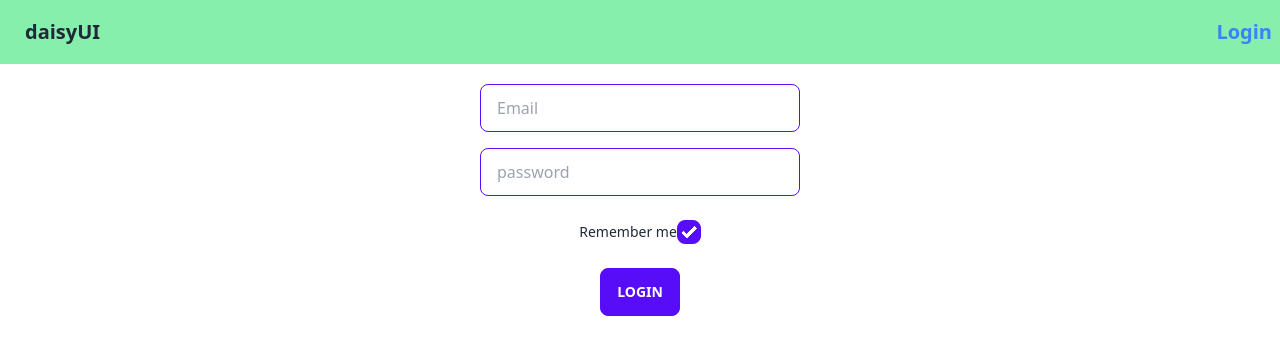
Repository: mohamedk98/Sparrow
Page: /login (app in client/)
An editor plug-in stored every save of this project. The page is shown before and after the next save, followed by the edit.
The browser window is 1280 px wide. The pictures show the whole page.
The project was rebuilt for these pictures with package versions that can differ from the ones it lists, and the page was loaded fresh each time. Also part of the build but not shown: client/src/App.css, client/src/pages/Home.js, client/src/pages/Profile.js.

Above is the page before, as saved 2022-06-27 16:45:14.

### client/src/index.js
import React from "react";
import ReactDOM from "react-dom/client";
import "./index.css";
import App from "./App";
import { Provider } from "react-redux";
import { store } from "./store/store";
const root = ReactDOM.createRoot(document.getElementById("root"));
root.render(
  <Provider store={store}>
    <App />
  </Provider>
);

### client/src/App.js
import React,{useEffect} from "react";
import "./App.css";
import { BrowserRouter, Routes, Route } from "react-router-dom";
import Home from "./pages/Home";
import Login from "./pages/Login";
import Profile from "./pages/Profile";
import Header from "./components/Header";
import {useDispatch} from "react-redux"
import { autoLogin } from "./store/slicers/user";
function App() {
  const dispatch = useDispatch()

  useEffect(()=>{
    dispatch(autoLogin())
  })
  return (
    <BrowserRouter>
      <Header/>
      <Routes>
        <Route path="/" element={<Home />} />
        <Route path="/login" element={<Login />} />
        <Route path="/profile" element={<Profile/>} />
      </Routes>
    </BrowserRouter>
  );
}

export default App;

### client/src/store/store.js
import { configureStore } from '@reduxjs/toolkit'
import userReducer from "./slicers/user"
export const store = configureStore({
  reducer: {user:userReducer},
})

### client/src/pages/Login.js
import React, { useState } from "react";
import { useFormik } from "formik";
import axios from "axios";
import { useNavigate } from "react-router-dom";
import { useDispatch } from "react-redux";
import { addAuth } from "../store/slicers/user";
import axiosInstance from "../network/axiosInstance";
const Login = () => {
  const navigate = useNavigate();
  //Server Errors state
  const [formError, setFormError] = useState("");
  const dispatch = useDispatch();

  const formik = useFormik({
    initialValues: {
      email: "",
      password: "",
    },
    onSubmit: (values) => {
      //Reset error state on submitting
      setFormError("");
      axiosInstance
        .post("/login", {
          email: values.email,
          password: values.password,
        })
        .then((response) => {
          dispatch(addAuth(response.data));
          navigate("/profile"); // Navigate to home after submission
        })
        .catch((error) => {
          //Get error message from the API and add it to the state
          setFormError(error.response.data.message);
        });
    },
  });
  return (
    <form
      onSubmit={formik.handleSubmit}
      className="flex flex-col space-y-4 mx-auto items-center justify-center mt-5"
    >
      <input
        type="email"
        placeholder="Email"
        id="email"
        name="email"
        className="input input-bordered input-primary w-full max-w-xs"
        {...formik.getFieldProps("email")}
      />

      <input
        type="password"
        placeholder="password"
        id="password"
        name="password"
        className="input input-bordered input-primary w-full max-w-xs"
        {...formik.getFieldProps("password")}
      />
      <div className="form-control  ">
        <label className="label cursor-pointer">
          <span className="label-text">Remember me</span>
          <input
            type="checkbox"
            checked="checked"
            className="checkbox checkbox-primary"
          />
        </label>
      </div>
      {formError && <div className="text-red-500">{formError}</div>}

      <button type="submit" className="btn btn-primary">
        Login
      </button>
    </form>
  );
};

export default Login;

### client/src/components/Header.js
import axios from "axios";
import React from "react";
import { useDispatch, useSelector } from "react-redux";
import { Link, useNavigate } from "react-router-dom";
import axiosInstance from "../network/axiosInstance";
import { removeAuth } from "../store/slicers/user";

function Header() {
  const authState = useSelector((state) => state.user.auth);
  const dispatch = useDispatch();
  const navigate = useNavigate();
  const logoutHandler = () => {
    dispatch(removeAuth());
    axiosInstance.get("/logout").then(() => {
      navigate("/");
    });
  };
  return (
    <div className="navbar bg-green-300">
      <div className="flex-1">
        <Link className="btn btn-ghost normal-case text-xl" to={"/"}>
          daisyUI
        </Link>
      </div>
      <div className="flex-none gap-2">
        <div className="form-control">
          <Link to={"/login"} className="text-blue-500 text-xl font-bold">
            Login
          </Link>
        </div>
        {Object.keys(authState).length !== 0 ? (
          <div className="dropdown dropdown-end">
            <label tabIndex="0" className="btn btn-ghost btn-circle avatar">
              <div className="w-10 rounded-full">
                <img src="https://api.lorem.space/image/face?hash=33791" />
              </div>
            </label>
            <ul
              tabIndex="0"
              className="mt-3 p-2 shadow menu menu-compact dropdown-content bg-base-100 rounded-box w-52"
            >
              <li>
                <Link className="" to={"/profile"}>
                  Profile
                </Link>
              </li>
              <li>
                <a>Settings</a>
              </li>
              <li>
                <a onClick={logoutHandler}>Logout</a>
              </li>
            </ul>
          </div>
        ) : null}
      </div>
    </div>
  );
}

export default Header;

### client/src/store/slicers/user.js
import { createSlice } from "@reduxjs/toolkit";

const initialState = {
  auth: {},
};

export const userSlice = createSlice({
  name: "user",
  initialState,
  reducers: {
    addAuth: (state, action) => {
      state.auth = { ...action.payload };
      localStorage.setItem("userId", state.auth.userId);
      localStorage.setItem("username", state.auth.username);
      localStorage.setItem("email", state.auth.email);
    },
    removeAuth: (state) => {
      state.auth = {};
      localStorage.clear();
    },
    autoLogin: (state) => {
      let existingUserId = localStorage.getItem("userId");
      let existingUsername = localStorage.getItem("username");
      let existingEmail = localStorage.getItem("email");
      if (existingEmail && existingUserId && existingUsername) {
        state.auth = {
          userId: existingUserId,
          username: existingUsername,
          email: existingEmail,
        };
      }
    },
  },
});

// Action creators are generated for each case reducer function
export const { addAuth, removeAuth, autoLogin } = userSlice.actions;

export default userSlice.reducer;

### client/src/network/axiosInstance.js
import axios from "axios"


const axiosInstance = axios.create({
    baseURL:"http://localhost:4000",
    withCredentials:true
})

export default axiosInstance

Loaded but not shown: client/public/index.html (common file); client/src/index.css (common file); client/tailwind.config.js (common file)

After the next save:
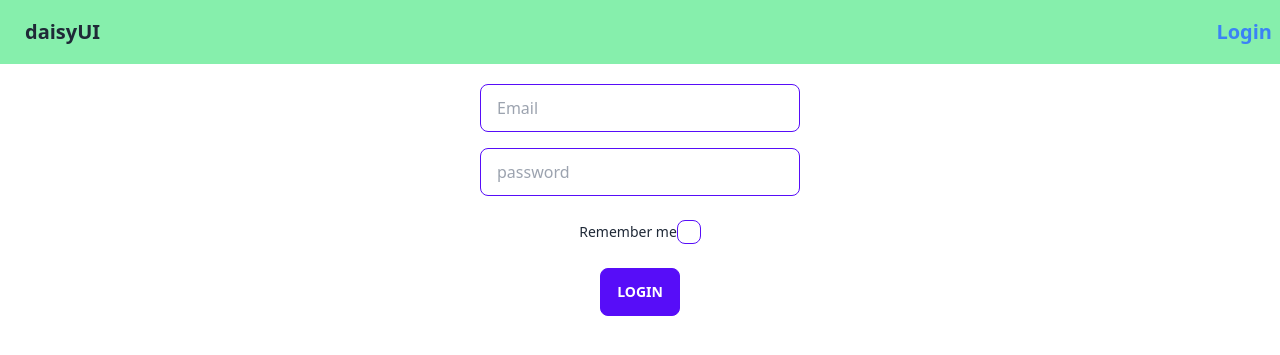
Saved 36 s later.
--- a/client/src/pages/Login.js
+++ b/client/src/pages/Login.js
@@ -15,6 +15,7 @@ const Login = () => {
     initialValues: {
       email: "",
       password: "",
+      rememberLogin:false
     },
     onSubmit: (values) => {
       //Reset error state on submitting
@@ -61,8 +62,8 @@ const Login = () => {
           <span className="label-text">Remember me</span>
           <input
             type="checkbox"
-            checked="checked"
             className="checkbox checkbox-primary"
+            {...formik.getFieldProps("rememberLogin")}
           />
         </label>
       </div>
